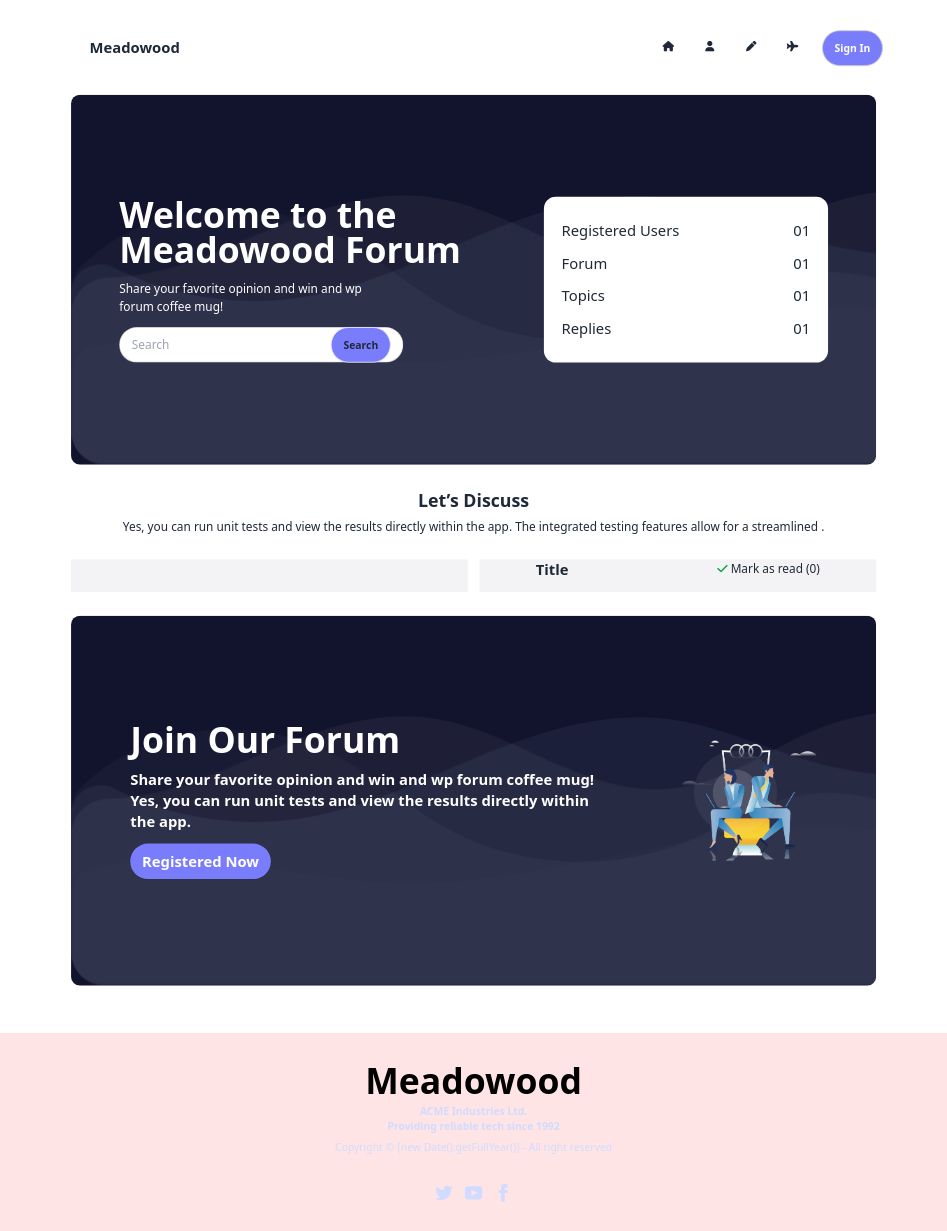
Repository: RudrasahaDibos/Meadowood-Forum
Page: index.html
The author's editor kept a copy of each file at every save. The page is drawn from the files as they stood at one save, then again after the next save.
The browser window is 1280 px wide. The pictures show the whole page, at 74% of full size.
The page's requests for data from a server got no answer. Some web libraries are served in a nearby version.

Above is the page before, as saved 2024-11-25 11:15:44.

### index.html
<!DOCTYPE html>
<html lang="en">
    <head>
        <meta charset="UTF-8">
        <meta name="viewport" content="width=device-width, initial-scale=1.0">
        <title>Meadowood Forum</title>

        <!-- tailwind  -->
        <link
            href="https://cdn.jsdelivr.net/npm/daisyui@4.12.14/dist/full.min.css"
            rel="stylesheet" type="text/css" />
        <script src="https://cdn.tailwindcss.com"></script>

        <!-- font awesome  -->
        <link rel="stylesheet"
            href="https://cdnjs.cloudflare.com/ajax/libs/font-awesome/6.7.1/css/all.min.css"
            integrity="sha512-5Hs3dF2AEPkpNAR7UiOHba+lRSJNeM2ECkwxUIxC1Q/FLycGTbNapWXB4tP889k5T5Ju8fs4b1P5z/iB4nMfSQ=="
            crossorigin="anonymous" referrerpolicy="no-referrer" />

    </head>
    <body >
        <!-- header is start here  -->
        <header class="mt-8 container mx-auto lg:px-24 px-8">
            <!-- navbar is start here  -->
            <div class="navbar bg-base-100">
                <div class="flex-1">
                    <a class="btn btn-ghost text-xl">Meadowood</a>
                </div>
                <div class="flex-none">
                    <div class="dropdown dropdown-end mr-6">
                        <div role="button"
                            class="btn btn-ghost btn-circle flex w-full  ">
                            <div
                                class="indicator rounded-full border-1 h-8 w-8 mr-4 tooltip"
                                data-tip="home">
                                <i
                                    class="fa-solid fa-house h-5 w-5 mx-auto mt-2"></i>
                            </div>
                            <div
                                class="indicator rounded-full border-1 h-8 w-8 mr-4 tooltip"
                                data-tip="User">
                                <i
                                    class="fa-solid fa-user h-5 w-5 mx-auto mt-2"></i>
                            </div>
                            <div
                                class="indicator rounded-full border-1 h-8 w-8 mr-4 tooltip"
                                data-tip="pen">
                                <i
                                    class="fa-solid fa-pen h-5 w-5 mx-auto mt-2"></i>
                            </div>
                            <div
                                class="indicator rounded-full border-1 h-8 w-8 mr-4 tooltip"
                                data-tip="flight">
                                <i
                                    class="fa-solid fa-plane h-5 w-5 mx-auto mt-2"></i>
                            </div>
                        </div>

                    </div>
                    <div class="dropdown dropdown-end">
                        <div tabindex="0" role="button"
                            class="btn btn-ghost btn-circle avatar">

                            <button
                                class="btn btn-active bg-[#797DFC] text-white rounded-full ">Sign
                                In</button>

                        </div>
                        <ul
                            tabindex="0"
                            class="menu menu-sm dropdown-content bg-base-100 rounded-box z-[1] mt-3 w-52 p-2 shadow">
                            <li>
                                <a class="justify-between">
                                    Profile
                                    <span class="badge">New</span>
                                </a>
                            </li>
                            <li><a>Settings</a></li>
                            <li><a>Logout</a></li>
                        </ul>
                    </div>
                </div>
            </div>
            <!-- navbar is  end here  -->

            <!-- bannner start here  -->
            <div
                class="lg:w-full w-[450px] relative bg-no-repeat bg-cover h-[500px] z-0 rounded-xl overflow-hidden mt-8 bg-[#12132D]"
                style="background-image: url('/images/bgbanner.png');">
                <div
                    class="relative top-0 left-0 w-full h-full z-10  flex lg:flex-row flex-col justify-center items-center gap-28 ">

                    <div class="lg:space-y-4 space-y-2 lg:mt-0 mt-20">
                        <h2
                            class="lg:text-5xl text-xl font-extrabold font-manrope text-white">Welcome
                            to the <br> Meadowood Forum</h2>
                        <p class="text-white">Share your favorite opinion and
                            win and wp <br> forum coffee mug!</p>
                        <label
                            class="input input-bordered flex items-center gap-2 w-96 rounded-full">
                            <input type="text" class="grow"
                                placeholder="Search" />
                            <button
                                class="btn bg-[#797DFC] rounded-full">Search</button>
                        </label>
                    </div>

                    <div
                        class="menu bg-[#FFFFFF] rounded-box w-96 h-56 lg:mb-0 mb-20">
                        <div class="p-4 space-y-4 mt-2 ">

                            <div class="flex justify-between"><a
                                    class="text-xl ">Registered Users</a><a
                                    class="text-xl ">01</a></div>
                            <div class="flex justify-between"><a
                                    class="text-xl ">Forum</a><a
                                    class="text-xl">01</a></div>
                            <div class="flex justify-between"><a
                                    class="text-xl ">Topics</a><a
                                    class="text-xl">01</a></div>
                            <div class="flex justify-between"><a
                                    class="text-xl ">Replies</a><a
                                    class="text-xl ">01</a></div>
                        </div>
                    </div>

                </div>
            </div>
            <!-- bannner end here  -->

        </header>
        <!-- header is end here  -->

        <!-- main is start here  -->
        <main class="container mx-auto lg:px-24 px-8">
            <!-- Let’s Discuss  starts here  -->
           <div class="ml-4 lg:ml-0">
            <h1 class="text-2xl text-center font-semibold mt-8">Let’s Discuss</h1>
            <p class="text-center mx-auto mt-2 ">Yes, you can run unit tests and view the results directly within
                the app. The integrated testing features allow for a streamlined
                .</p>
           </div>
            <!-- Let’s Discuss start here -->
            <section class="mt-8">
                <!-- card start here -->
                    <div class="flex gap-4 flex-col lg:flex-row  ">
                        <div  id="card-conatiner" class="space-y-4 bg-[#F3F3F5] lg:w-full  w-[450px]  ">


                        </div>

                        <!-- card ends here -->

                        <div class="space-y-4 bg-[#F3F3F5] lg:w-full w-96 flex flex-col  items-center ">
                             <div class="flex gap-4 justify-between w-96">
                                <p class="text-xl font-bold">Title</p>
                                <p ><i class="fa-solid fa-check text-green-600"></i> Mark as read (<span id="mark-read">0</span>)</p>
                             </div>
                            <div id="secondcard-container" class="space-y-4 bg-[#F3F3F5] lg:w-full  w-[450px] ">


                                 <div>

                                 </div>


                              </div>


                        </div>
                    </div>
                    <!-- card end here -->
            </section>

                 <!-- resgistart start here  -->
                       <section class="mt-8">
                        <div
                        class="lg:w-full w-[450px] relative bg-no-repeat bg-cover h-[500px] z-0 rounded-xl overflow-hidden mt-8 bg-[#12132D] p-20"
                        style="background-image: url('/images/bgbanner.png');">
                        <div
                            class="relative top-0 left-0 w-full h-full z-10  flex lg:flex-row flex-col justify-center items-center gap-28 ">

                            <div class="lg:space-y-4 space-y-2 lg:mt-0 mt-24">
                                <h2
                                    class="lg:text-5xl text-xl font-extrabold font-manrope text-white">Join Our Forum</h2>
                                <p class="text-white text-xl font-bold ">Share your favorite opinion and win and wp forum coffee mug! Yes, you can  run unit tests and view the results directly within the app. </p>


                                    <button
                                        class="btn bg-[#797DFC] rounded-full text-white border-none  mx-auto text-xl ">Registered Now</button>

                            </div>

                            <div
                                class="">
                                 <img src="images/joinforum.png" alt="">
                            </div>

                        </div>
                    </div>
                       </section>

                 <!-- registart end here -->

                <!-- latest card  startt here -->
                 <section class="mt-8">

                  <div id="latest-card" class="grid lg:grid-cols-3 grid-cols-1">

                  </div>
                 </section>

                <!-- latest crd end here -->


        </main>
        <!-- main is end here  -->

        <!-- footer is start here  -->
        <footer class="footer footer-center bg-rose-100 text-primary-content p-10 mt-8">
            <aside>
                <h2
                class="lg:text-5xl text-xl font-extrabold font-manrope text-black">
                Meadowood</h2>
              <p class="font-bold">
                ACME Industries Ltd.
                <br />
                Providing reliable tech since 1992
              </p>
              <p>Copyright © {new Date().getFullYear()} - All right reserved</p>
            </aside>
            <nav>
              <div class="grid grid-flow-col gap-4">
                <a>
                  <svg
                    xmlns="http://www.w3.org/2000/svg"
                    width="24"
                    height="24"
                    viewBox="0 0 24 24"
                    class="fill-current">
                    <path
                      d="M24 4.557c-.883.392-1.832.656-2.828.775 1.017-.609 1.798-1.574 2.165-2.724-.951.564-2.005.974-3.127 1.195-.897-.957-2.178-1.555-3.594-1.555-3.179 0-5.515 2.966-4.797 6.045-4.091-.205-7.719-2.165-10.148-5.144-1.29 2.213-.669 5.108 1.523 6.574-.806-.026-1.566-.247-2.229-.616-.054 2.281 1.581 4.415 3.949 4.89-.693.188-1.452.232-2.224.084.626 1.956 2.444 3.379 4.6 3.419-2.07 1.623-4.678 2.348-7.29 2.04 2.179 1.397 4.768 2.212 7.548 2.212 9.142 0 14.307-7.721 13.995-14.646.962-.695 1.797-1.562 2.457-2.549z"></path>
                  </svg>
                </a>
                <a>
                  <svg
                    xmlns="http://www.w3.org/2000/svg"
                    width="24"
                    height="24"
                    viewBox="0 0 24 24"
                    class="fill-current">
                    <path
                      d="M19.615 3.184c-3.604-.246-11.631-.245-15.23 0-3.897.266-4.356 2.62-4.385 8.816.029 6.185.484 8.549 4.385 8.816 3.6.245 11.626.246 15.23 0 3.897-.266 4.356-2.62 4.385-8.816-.029-6.185-.484-8.549-4.385-8.816zm-10.615 12.816v-8l8 3.993-8 4.007z"></path>
                  </svg>
                </a>
                <a>
                  <svg
                    xmlns="http://www.w3.org/2000/svg"
                    width="24"
                    height="24"
                    viewBox="0 0 24 24"
                    class="fill-current">
                    <path
                      d="M9 8h-3v4h3v12h5v-12h3.642l.358-4h-4v-1.667c0-.955.192-1.333 1.115-1.333h2.885v-5h-3.808c-3.596 0-5.192 1.583-5.192 4.615v3.385z"></path>
                  </svg>
                </a>
              </div>
            </nav>
          </footer>
        <!-- footer is end here  -->
         <script src="app.js"></script>
    </body>
</html>

### app.js
const loadforum = async() =>{
    const res = await fetch('https://openapi.programming-hero.com/api/retro-forum/posts')
    const data =await res.json()
    const CardContainer = document.getElementById('card-conatiner')

    data.posts.forEach(items => {
        console.log(items)
         const div = document.createElement('div')
         div.classList = `card card-side bg-base-100 shadow-xl`
         div.innerHTML =`
                                         <div class="avatar indicator">

                                           <span class="indicator-item ml-16 mt-4  indicator-start badge badge-secondary">${items.isActive === false}</span>
                                        <div class="lg:h-20 lg:ml-2 lg:mt-3 lg:w-full lg:mx-auto lg:rounded-3xl rounded-full h-20 ">
                                          <img
                                            alt="Tailwind CSS examples"
                                            src="${items.image}" />
                                        </div>
                                      </div>

                                <div class="card-body">
                                    <div class="flex justify-between">
                                        <p>#${items.category}</p>
                                        <p>Author : ${items.author.name}</p>
                                    </div>
                                  <h2 class="card-title">${items.title}</h2>
                                  <p>${items.description}</p>
                                   <p class="border-2 border-dotted "></p>
                                    <div class="flex justify-between">
                                        <div class="flex gap-4 ">
                                       <p class="flex justify-center items-center gap-2"><i class="fa-regular fa-message"></i>${items.comment_count}</p>
                                        <p class="flex justify-center items-center gap-2"><i class="fa-regular fa-eye"></i>${items.posted_time}</p>
                                        <p class="flex justify-center items-center gap-2"><i class="fa-regular fa-compass"></i>${items.view_count}</p>
                                        </div>
                                        <div class=" bg-green-600 h-10 w-10 rounded-full">
                                        <button onClick="handledetails('${items.title}','${items.view_count}')"><i class="fa-solid fa-envelope text-white flex justify-center items-center ml-3 mt-3"></i> </button>

                                        </div>
                                    </div>

                                </div>


         `
         CardContainer.appendChild(div)
    });
}

  const handledetails = async(title,view_count) =>{
    const Cart = getValueElementById('mark-read')
    const totalCart = Cart +1
    setInnerText('mark-read',totalCart)


    const secondcard = document.getElementById('secondcard-container')
        const div = document.createElement('div')
        div.classList = `card  bg-base-100 shadow-xl`
        div.innerHTML = `


                                <div class="card-body flex mx-auto justify-between">
                                   <div>
                                      <h2 class="">${title}</h2>
                                 </div>
                                    <div>
                                        <p class=""><i class="fa-regular fa-eye">${view_count}</i></p>
                                 </div>


                                </div>

        `
        secondcard.appendChild(div)


  }


  function setInnerText(id,value){
    document.getElementById(id).innerText = value
  }

  function getValueElementById(id){
    const getvalueText = document.getElementById(id).innerText
    const getValueint = parseInt(getvalueText)
    return getValueint
   }
   const loadletest = async() =>{
       const res = await fetch(' https://openapi.programming-hero.com/api/retro-forum/latest-posts')
       const data = await res.json()

       const latestCard = document.getElementById('latest-card')
       data.forEach(items => {
        console.log(items)
          const div = document.createElement('div')
          div.classList =`card bg-base-100 w-96 shadow-xl`
          div.innerHTML=`
                             <figure class="px-10 pt-10">
                            <img
                              src="${items.cover_image}"
                              alt=""
                              class="rounded-xl" />
                          </figure>

                          <div class="card-body ">
                          <h2 class="flex items-center  gap-4"><i class="fa-solid fa-calendar-days"></i>${items.author.posted_date || 'No publish date'}</h2>
                            <h2 class="card-title">${items.title}</h2>
                            <p>${items.description}</p>
                            <div class="navbar bg-base-100">

                    <div class="flex-none gap-2">
                        <div class="dropdown dropdown-end">
                            <div tabindex="0" role="button" class="btn btn-ghost btn-circle avatar">
                              <div class="w-10 rounded-full">
                                <img
                                  alt="Tailwind CSS Navbar component"
                                  src="${items.profile_image}" />
                              </div>
                            </div>

                          </div>

                           <div class="">
                              <h2 class="text-2xl text-black font-bold">${items.author.name}</h2>
                              <span>${items.author.designation || "Unknown"}</span>
                           </div>

                    </div>
                  </div>
                          </div>
          `
          latestCard.appendChild(div)
       });
   }


loadforum()
loadletest()

After the next save:
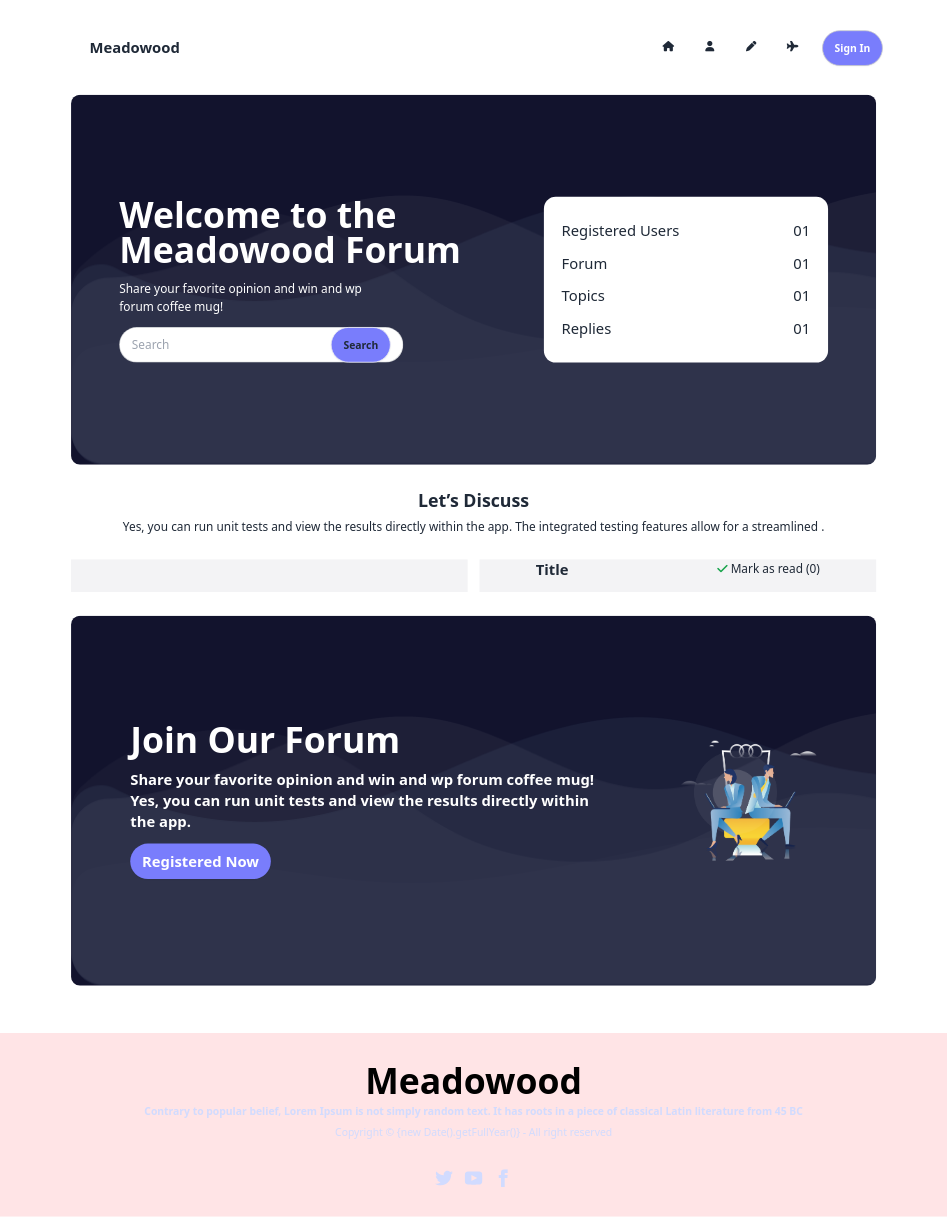
Saved 96 s later.
--- a/index.html
+++ b/index.html
@@ -223,9 +223,7 @@
                 class="lg:text-5xl text-xl font-extrabold font-manrope text-black">
                 Meadowood</h2>
               <p class="font-bold">
-                ACME Industries Ltd.
-                <br />
-                Providing reliable tech since 1992
+                Contrary to popular belief, Lorem Ipsum is not simply random text. It has roots in a piece of classical Latin literature from 45 BC
               </p>
               <p>Copyright © {new Date().getFullYear()} - All right reserved</p>
             </aside>
